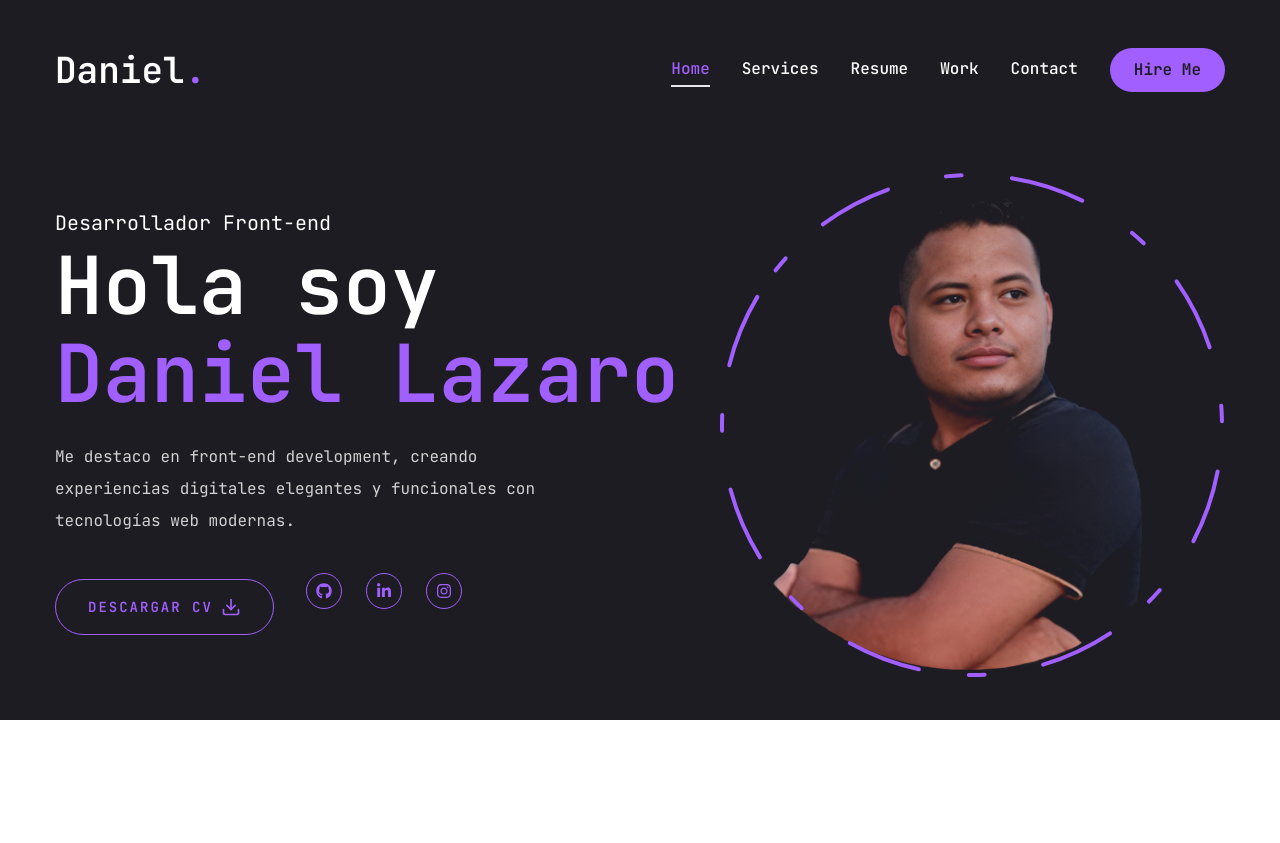
Repository: itsDarkos/Daniel-Portfolio
Page: /
These files come from the project's save history. The page is drawn as it stood at one moment and after the next save; the edit follows.
The browser window is 1280 px wide. The pictures show the whole page.
The project was rebuilt for these pictures with package versions that can differ from the ones it lists, and the page was loaded fresh each time. The framework's server and built-in components were replaced by stand-ins that run in the browser. Also part of the build but not shown: next.config.mjs.

Above is the page before, as saved 2025-01-04 19:13:16.

### app/layout.jsx
import { JetBrains_Mono } from "next/font/google";
import "./globals.css";

// components
import Header from "@/components/Header";
import PageTransition from "@/components/PageTransition";
import StairTransition from "@/components/StairTransition";

const jetBrainsMono = JetBrains_Mono({
  variable: "--font-jetBrainsMono",
  weight: ["100", "200", "300", "400", "500", "600", "700", "800"],
  subsets: ["latin"],
});

export const metadata = {
  title: "Create Next App",
  description: "Generated by create next app",
};

export default function RootLayout({ children }) {
  return (
    <html lang="en">
      <body className={jetBrainsMono.variable}>
        <Header />
        <StairTransition />
        <PageTransition>{children}</PageTransition>
      </body>
    </html>
  );
}

### app/page.jsx
import { Button } from "@/components/ui/button";
import { FiDownload } from "react-icons/fi";

// components
import Social from "@/components/Social";
import Photo from "@/components/Photo";
import Stats from "@/components/Stats";

const Home = () => {
  return (
    <section className="h-full">
      <div className="container mx-auto h-full">
        <div className="flex flex-col xl:flex-row items-center justify-between xl:pt-8 xl:pb-24">
          {/* text */}
          <div className="text-center xl:text-left order-2 xl:order-none">
            <span className="text-xl">Desarrollador Front-end</span>
            <h1 className="h1 mb-6">
              Hola soy <br /> <span className="text-accent">Daniel Lazaro</span>
            </h1>
            <p className="max-w-[500px] mb-9 text-white/80">
              Me destaco en front-end development, creando experiencias
              digitales elegantes y funcionales con tecnologías web modernas.
            </p>
            {/* btn and socials */}
            <div className="flex flex-col xl:flex-row items-center gap-8">
              <Button
                variant="outline"
                size="lg"
                className="uppercase flex items-center gap-2"
              >
                <span>Descargar CV</span>
                <FiDownload className="text-xl" />
              </Button>
              <div className="mb-8 xl:mb-8">
                <Social
                  containerStyles="flex gap-6"
                  iconStyles="w-9 h-9 border border-accent rounded-full flex
                  justify-center items-center text-accent text-base hover:bg-accent
                  hover:text-primary hover:trasition-all duration-500"
                />
              </div>
            </div>
          </div>
          {/* photo */}
          <div className="order-1 xl:order-none mb-8 xl:mb-0">
            <Photo />
          </div>
        </div>
      </div>
      <Stats />
    </section>
  );
};

export default Home;

### app/globals.css
@tailwind base;
@tailwind components;
@tailwind utilities;

@layer base {
  body {
    @apply font-primary bg-primary text-white leading-loose;
  }

  .h1 {
    @apply text-[48px] xl:text-[80px] leading-[1.1] font-semibold;
  }

  .h2 {
    @apply text-[36px] xl:text-[48px] leading-[1.1] font-semibold;
  }

  .h3 {
    @apply text-[20px] xl:text-[24px] leading-[1.1] font-semibold;
  }
  .text-outline{
    -webkit-text-stroke: 1px #ffffff;
  }

  .text-outline-hover{
    -webkit-text-stroke: 1px #a15fff;
  }
}

### components/Header.jsx
import Link from "next/link";
import { Button } from "./ui/button";

// components
import { Nav } from "./Nav";
import MobileNav from "./MobileNav";

export const Header = () => {
  return (
    <header className="py-8 xl:py-12 text-white">
      <div className="container mx-auto flex justify-between items-center">
        {/* logo */}
        <Link href="/">
          <h1 className="text-4xl font-semibold">
            Daniel<span className="text-accent">.</span>
          </h1>
        </Link>
        {/* desktop nav & hire me button */}
        <div className="hidden xl:flex items-center gap-8">
          <Nav />
          <Link href="/contact">
            <Button>Hire Me</Button>
          </Link>
        </div>
        {/* mobile nav */}
        <div className="xl:hidden">
          <MobileNav />
        </div>
      </div>
    </header>
  );
};

export default Header;

### components/PageTransition.jsx
"use client";

import { AnimatePresence, motion } from "framer-motion"
import { usePathname } from "next/navigation";

const PageTransition = ({children}) => {
  const pathname = usePathname();
  return <AnimatePresence>
    <div key={pathname}>
      <motion.div
        initial ={{opacity: 1}}
        animate={{
          opacity: 0,
          transition:{delay: 1, duration: 0.4, ease: "easeInOut"},
        }}
        className="h-screen w-screen fixed bg-primary top-0 pointer-events-none"
      />
      {children}
    </div>
    </AnimatePresence>
}

export default PageTransition

### components/StairTransition.jsx
"use client";

import { AnimatePresence, motion } from "framer-motion";
import { usePathname } from "next/navigation";

//components
import Stairs from "./Stairs";

const StairTransition = () => {
  const pathname = usePathname();
  return (
    <>
      <AnimatePresence mode="wait">
        <div key={pathname}>
          <div className="h-screen w-screen fixed top-0 left-0 right-0 pointer-events-none z-40 flex">
            <Stairs />
          </div>
          <motion.div
            className="h-screen w-screen fixed bg-primary top-0 pointer-events-none"
            initial={{ opacity: 1 }}
            animate={{
              opacity: 0,
              transition: { delay: 1, duration: 0.4, ease: "easeInOut" },
            }}
          />
        </div>
      </AnimatePresence>
    </>
  );
};

export default StairTransition;

### components/ui/button.jsx
import * as React from "react";
import { Slot } from "@radix-ui/react-slot";
import { cva } from "class-variance-authority";

import { cn } from "@/lib/utils";

const buttonVariants = cva(
  "inline-flex items-center justify-center whitespace-nowrap rounded-full text-base font-semibold ring-offset-white transition-colors",
  {
    variants: {
      variant: {
        default:  "bg-accent text-primary hover:bg-accent-hover",
        primary:  "bg-primary text-white",
        outline:  "border border-accent bg-transparent text-accent hover:bg-accent hover:text-primary",
      },
      size: {
        default: "h-[44px] px-6",
        sm: "h-[48px] px-6",
        lg: "h-[56px] px-8 text-sm uppercase tracking-[2px]",
      },
    },
    defaultVariants: {
      variant: "default",
      size: "default",
    },
  }
);

const Button = React.forwardRef(
  ({ className, variant, size, asChild = false, ...props }, ref) => {
    const Comp = asChild ? Slot : "button";
    return (
      <Comp
        className={cn(buttonVariants({ variant, size, className }))}
        ref={ref}
        {...props}
      />
    );
  }
);
Button.displayName = "Button";

export { Button, buttonVariants };

### components/Social.jsx
import Link from 'next/link'

import {FaGithub, FaLinkedinIn, FaInstagram} from 'react-icons/fa';

const socials = [
  {icon: <FaGithub />, path: ""},
  {icon: <FaLinkedinIn />, path: ""},
  {icon: <FaInstagram />, path: ""},
]


const Social = ({containerStyles, iconStyles}) => {
  return (
    <div className={containerStyles}>
      {socials.map((item, index) => {
        return (
        <Link key={index} href={item.path} className={iconStyles}>
          {item.icon}
        </Link>
        );
      })}
    </div>
  )
}

export default Social

### components/Photo.jsx
"use client";

import { motion } from "framer-motion";
import Image from "next/image";

const Photo = () => {
  return (
    <div className="w-full h-full relative">
      <motion.div
        initial={{ opacity: 0 }}
        animate={{
          opacity: 1,
          transition: { delay: 2, duration: 0.4, ease: "easeIn" },
        }}
      >
        {/* image */}
        <motion.div
          initial={{ opacity: 0 }}
          animate={{
            opacity: 1,
            transition: { delay: 2.4, duration: 0.4, ease: "easeInOut" },
          }}
          className="w-[298px] h-[298px] xl:w-[498px] xl:h-[498px] mix-blend-lighten absolute"
        >
          <Image
            src="/assets/photo.png"
            priority
            quality={100}
            fill
            alt=""
            className="object-contain"
          />
        </motion.div>

        {/* circle */}
          <motion.svg
            className="w-[300px] xl:w-[506px] h-[300px] xl:h-[506px]"
            fill="transparent"
            viewBox="0 0 506 506"
            xmlns="http://www.w3.org/2000/svg"
          >
            <motion.circle
              cx="253"
              cy="253" r="250"
              stroke="#a15fff"
              strokeWidth="4"
              strokeLinecap="round"
              strokeLinejoin="round"
              initial={{strokeDasharray: "24 10 0 0"}}
              animate={{
                strokeDasharray:["15 120 25 25", "16 25 92 72", "4 250 22 22"],
                rotate: [120, 360],
              }}
              transition={{
                duration: 20,
                repeat: Infinity,
                repeatType: "reverse",
              }}
            />
          </motion.svg>
      </motion.div>
    </div>
  );
};

export default Photo;

### components/Stats.jsx
"use client";

import CountUp from "react-countup";

const stats = [
  {
    num: 2,
    text: "Años de experiencia",
  },
  {
    num: 4,
    text: "Projects completados",
  },
  {
    num: 6,
    text: "Tecnologias dominadas",
  },
  {
    num: 500,
    text: "code commits",
  },
];

const Stats = () => {
  return (
    <section className="pt-4 pb-12 xl:pt-0 xl:pb-0">
      <div className="container mx-auto">
        <div className="flex flex-wrap gap-6 max-w-[80vw] mx-auto xl:max-w-none">
          {stats.map((item, index) => {
            return (
              <div
                className="flex-1 flex gap-4 items-center justify-center xl:justify-start"
                key={index}
              >
                <CountUp
                  end={item.num}
                  duration={5}
                  delay={2}
                  className="text-4xl xl:text-6xl font-extrabold"
                />
                <p
                  className={`${
                    item.text.length < 15 ? "max-w-[100px]" : "max-w-[150px]"
                  } leading-snug text-white/80`}
                >
                  {item.text}
                </p>
              </div>
            );
          })}
        </div>
      </div>
    </section>
  );
};

export default Stats;

### components/Nav.jsx
"use client";

import Link from "next/link";
import { usePathname } from "next/navigation";

const links = [
  {
    name: "Home",
    path: "/",
  },
  {
    name: "Services",
    path: "/services",
  },
  {
    name: "Resume",
    path: "/resume",
  },
  {
    name: "Work",
    path: "/work",
  },
  {
    name: "Contact",
    path: "/contact",
  },
];

export const Nav = () => {
  const pathname = usePathname();
  console.log(pathname);
  return (
    <nav className="flex gap-8">
      {links.map((link, index) => {
        return (
          <Link
            href={link.path}
            key={index}
            className={`${
              link.path === pathname && "text-accent border-b-2 border-accent"
            }capitalize font-medium hover:text-accent transition all`}>
            {link.name}
          </Link>
        );
      })}
    </nav>
  );
};

export default Nav;

### components/MobileNav.jsx
"use client";

import { Sheet, SheetContent, SheetTrigger } from "@/components/ui/sheet";
import { usePathname } from "next/navigation";
import Link from "next/link";
import { CiMenuFries } from "react-icons/ci";

const links = [
  {
    name: "home",
    path: "/",
  },
  {
    name: "services",
    path: "/services",
  },
  {
    name: "resume",
    path: "/resume",
  },
  {
    name: "work",
    path: "/work",
  },
  {
    name: "contact",
    path: "/contact",
  },
];

const MobileNav = () => {
  const pathname = usePathname();
  return (
    <Sheet>
      <SheetTrigger className="flex justify-center items-center">
        <CiMenuFries className="text-[32px] text-accent" />
      </SheetTrigger>
      <SheetContent className="flex flex-col">
        {/* logo */}
        <div className="mt-32 mt-40 text-center text-2xl">
          <Link href="/"></Link>
          <h1 className="text-4xl font-semibold">
            Daniel<span className="text-accent">.</span>
          </h1>
        </div>
        {/* nav */}
        <nav className="flex flex-col justifi-center items-center gap-8">
          {links.map((link, index) => {
            return (
              <Link
                href={link.path}
                key={index}
                className={`${
                  link.path === pathname &&
                  "text-accent border-b-2 border-accent"
                } text-xl capitalize hover:text-accent transition`}
              >
                {link.name}
              </Link>
            );
          })}
        </nav>
      </SheetContent>
    </Sheet>
  );
};

export default MobileNav;

### components/Stairs.jsx
import { animate, motion } from "framer-motion";

//variants
const stairAimation = {
  initial: {
    top: "0%",
  },
  animate: {
    top: "100%",
  },
  exit: {
    top: ["100%", "0%"],
  },
};

//calculate the reverse index fot staggred delay
const reverseIndex = (index) => {
  const totalSteps = 6; //number of steps
  return totalSteps - index - 1;
};

const Stairs = () => {
  return (
    <>
      {/* render & motion divs, each representing a step of the stairs.
      Each div will have the same animation defined by the stoirsAnimation object.
      The delay for each div is calculated sinomically based on it's reversed index,
      creating a staggered effect with decreasing delay for each subsequent step.
     */}
      {[...Array(6)].map((_, index) => {
        return (
          <motion.div
            key={index}
            variants={stairAimation}
            initial="initial"
            animate="animate"
            exit="exit"
            transition={{
              duration: 0.4,
              ease: "easeInOut",
              delay: reverseIndex(index) * 0.1,
            }}
            className="h-full w-full bg-white relative"
          />
        );
      })}
    </>
  );
};

export default Stairs;

### components/ui/sheet.jsx
"use client";
import * as React from "react"
import * as SheetPrimitive from "@radix-ui/react-dialog"
import { cva } from "class-variance-authority";
import { cn } from "@/lib/utils"

import {IoMdClose} from "react-icons/io"

const Sheet = SheetPrimitive.Root

const SheetTrigger = SheetPrimitive.Trigger

const SheetClose = SheetPrimitive.Close

const SheetPortal = SheetPrimitive.Portal

const SheetOverlay = React.forwardRef(({ className, ...props }, ref) => (
  <SheetPrimitive.Overlay
    className={cn(
      "fixed inset-0 z-50 bg-black/80  data-[state=open]:animate-in data-[state=closed]:animate-out data-[state=closed]:fade-out-0 data-[state=open]:fade-in-0",
      className
    )}
    {...props}
    ref={ref} />
))
SheetOverlay.displayName = SheetPrimitive.Overlay.displayName

const sheetVariants = cva(
  "fixed z-50 gap-4 bg-primary p-6 shadow-lg transition ease-in-out data-[state=open]:animate-in data-[state=closed]:animate-out data-[state=closed]:duration-300 data-[state=open]:duration-500 dark:bg-neutral-950",
  {
    variants: {
      side: {
        top: "inset-x-0 top-0 border-b data-[state=closed]:slide-out-to-top data-[state=open]:slide-in-from-top",
        bottom:
          "inset-x-0 bottom-0 border-t data-[state=closed]:slide-out-to-bottom data-[state=open]:slide-in-from-bottom",
        left: "inset-y-0 left-0 h-full w-3/4 border-r data-[state=closed]:slide-out-to-left data-[state=open]:slide-in-from-left sm:max-w-sm",
        right:
          "inset-y-0 right-0 h-full w-3/4 data-[state=closed]:slide-out-to-right data-[state=open]:slide-in-from-right sm:max-w-sm",
      },
    },
    defaultVariants: {
      side: "right",
    },
  }
)

const SheetContent = React.forwardRef(({ side = "right", className, children, ...props }, ref) => (
  <SheetPortal>
    <SheetOverlay />
    <SheetPrimitive.Content ref={ref} className={cn(sheetVariants({ side }), className)} {...props}>
      {children}
      <SheetPrimitive.Close
        className="absolute right-8 top-8 transition opacity ouline-none">
        <IoMdClose className="text-3xl text-accent" />
        <span className="sr-only">Close</span>
      </SheetPrimitive.Close>
    </SheetPrimitive.Content>
  </SheetPortal>
))
SheetContent.displayName = SheetPrimitive.Content.displayName

const SheetHeader = ({
  className,
  ...props
}) => (
  <div
    className={cn("flex flex-col space-y-2 text-center sm:text-left", className)}
    {...props} />
)
SheetHeader.displayName = "SheetHeader"

const SheetFooter = ({
  className,
  ...props
}) => (
  <div
    className={cn("flex flex-col-reverse sm:flex-row sm:justify-end sm:space-x-2", className)}
    {...props} />
)
SheetFooter.displayName = "SheetFooter"

const SheetTitle = React.forwardRef(({ className, ...props }, ref) => (
  <SheetPrimitive.Title
    ref={ref}
    className={cn("text-lg font-semibold text-neutral-950 dark:text-neutral-50", className)}
    {...props} />
))
SheetTitle.displayName = SheetPrimitive.Title.displayName

const SheetDescription = React.forwardRef(({ className, ...props }, ref) => (
  <SheetPrimitive.Description
    ref={ref}
    className={cn("text-sm text-neutral-500 dark:text-neutral-400", className)}
    {...props} />
))
SheetDescription.displayName = SheetPrimitive.Description.displayName

export {
  Sheet,
  SheetPortal,
  SheetOverlay,
  SheetTrigger,
  SheetClose,
  SheetContent,
  SheetHeader,
  SheetFooter,
  SheetTitle,
  SheetDescription,
}

### tailwind.config.mjs
/** @type {import('tailwindcss').Config} */
// eslint-disable-next-line import/no-anonymous-default-export
export default {
  darkMode: ["class"],
  content: [
    "./pages/**/*.{js,ts,jsx,tsx,mdx}",
    "./components/**/*.{js,ts,jsx,tsx,mdx}",
    "./app/**/*.{js,ts,jsx,tsx,mdx}",
  ],
  theme: {
    container: {
      center: true,
      padding: "15px",
    },
    screens: {
      sm: "640px",
      md: "768px",
      lg: "960px",
      xl: "1200px",
    },
    fontFamily: {
      primary: "var(--font-jetBrainsMono)",
    },
    extend: {
      colors: {
        primary: "#1c1c22",
        accent: {
          DEFAULT: "#a15fff",
          hover: "#8e4cff",
        },
      },
      borderRadius: {
        lg: "var(--radius)",
        md: "calc(var(--radius) - 2px)",
        sm: "calc(var(--radius) - 4px)",
      },
    },
  },
  plugins: [require("tailwindcss-animate")],
};

Loaded but not shown: lib/utils.js (common file)

After the next save:
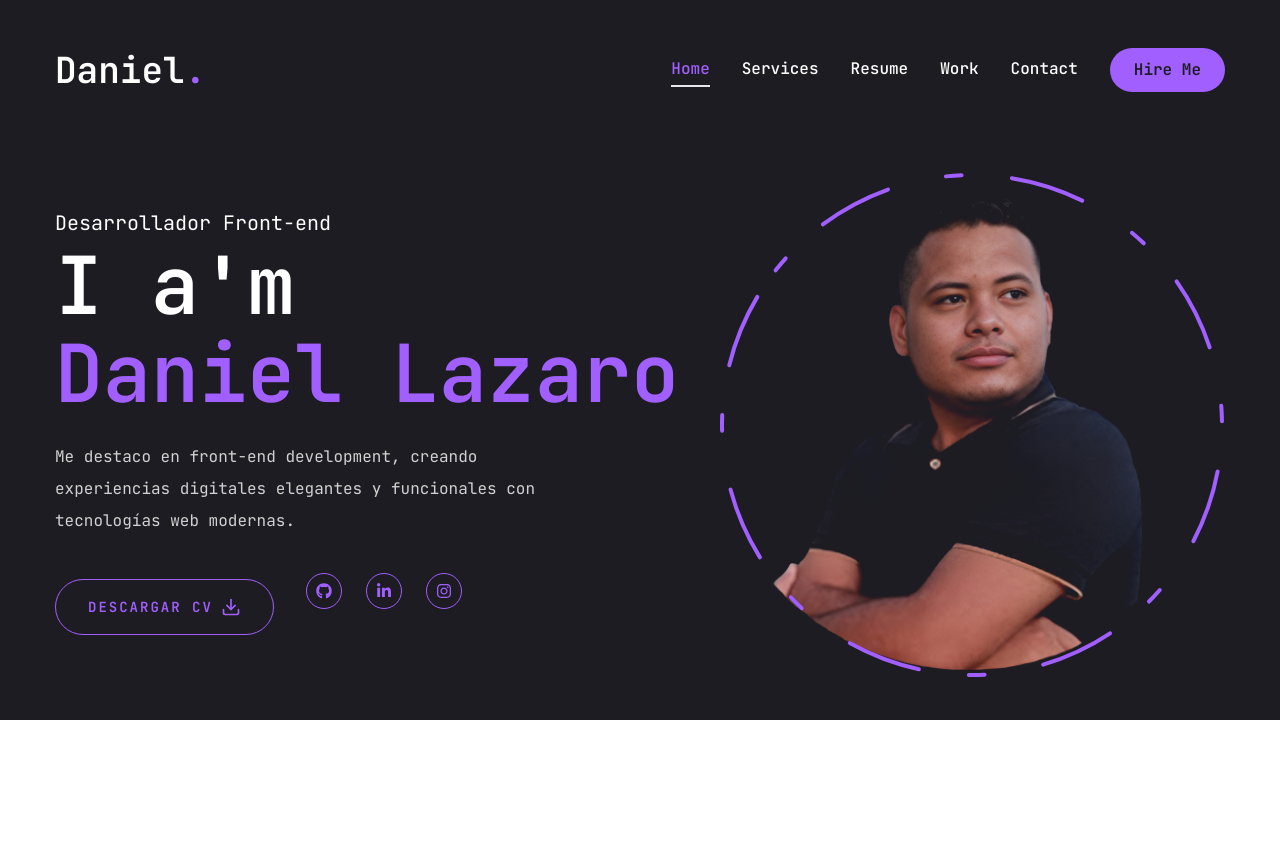
Saved 3 min 7 s later.
--- a/app/page.jsx
+++ b/app/page.jsx
@@ -15,7 +15,7 @@
           <div className="text-center xl:text-left order-2 xl:order-none">
             <span className="text-xl">Desarrollador Front-end</span>
             <h1 className="h1 mb-6">
-              Hola soy <br /> <span className="text-accent">Daniel Lazaro</span>
+              I a'm <br /> <span className="text-accent">Daniel Lazaro</span>
             </h1>
             <p className="max-w-[500px] mb-9 text-white/80">
               Me destaco en front-end development, creando experiencias

After the save that followed:
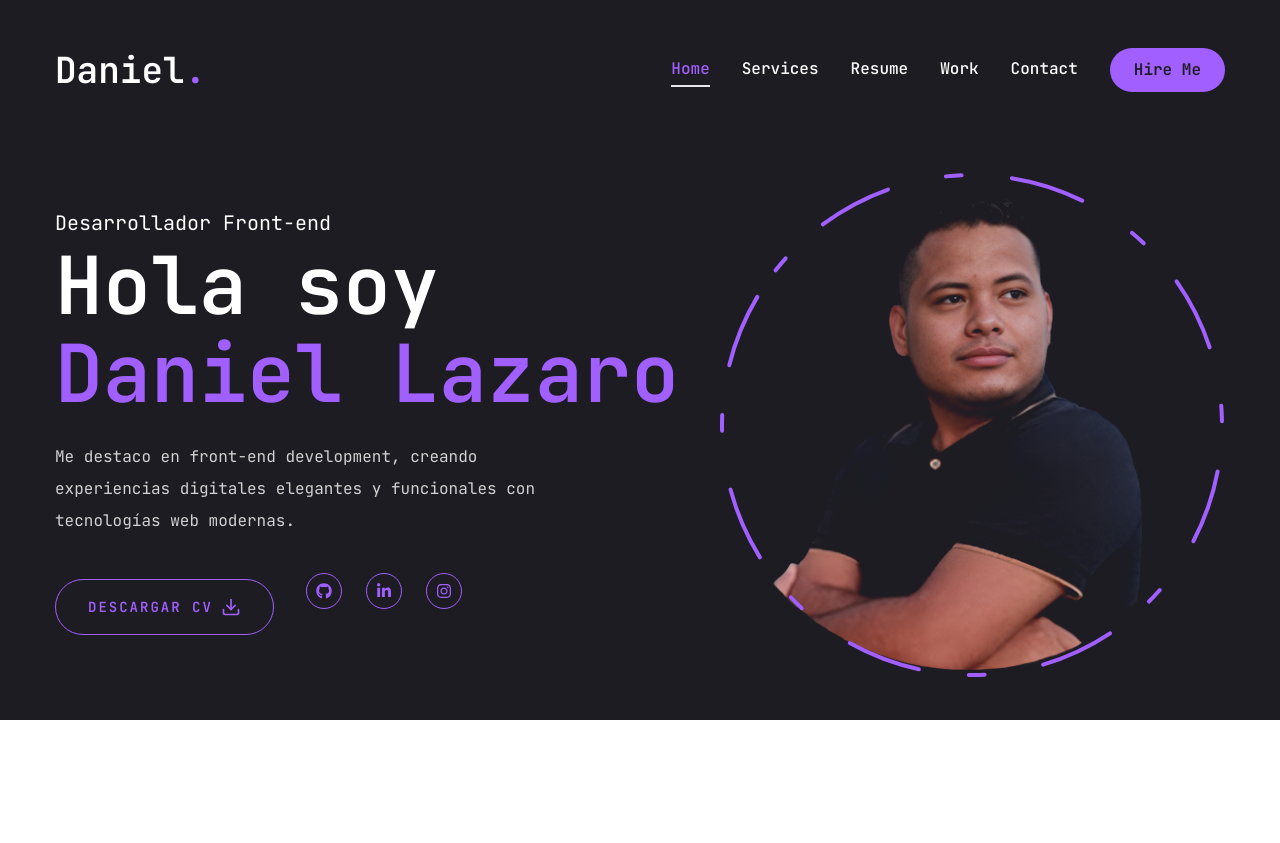
Saved 54 s later.
--- a/app/page.jsx
+++ b/app/page.jsx
@@ -15,7 +15,7 @@
           <div className="text-center xl:text-left order-2 xl:order-none">
             <span className="text-xl">Desarrollador Front-end</span>
             <h1 className="h1 mb-6">
-              I a'm <br /> <span className="text-accent">Daniel Lazaro</span>
+              Hola soy <br /> <span className="text-accent">Daniel Lazaro</span>
             </h1>
             <p className="max-w-[500px] mb-9 text-white/80">
               Me destaco en front-end development, creando experiencias
